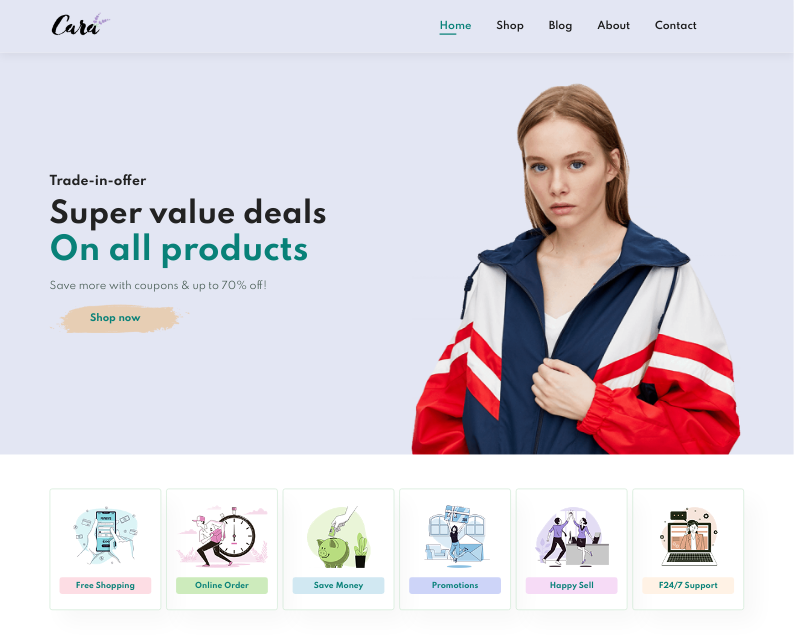
Repository: MinhNhatIT2901/Ecommerce
Page: index.html
These files come from the project's save history. The page is drawn as it stood at one moment and after the next save; the edit follows.
The browser window is 1280 px wide. The pictures show the whole page, at 62% of full size.
Some icons come from a web library that is not loaded, so they are not drawn. Some web libraries are served in a nearby version.

Above is the page before, as saved 2022-01-07 23:44:40.

After the next save:
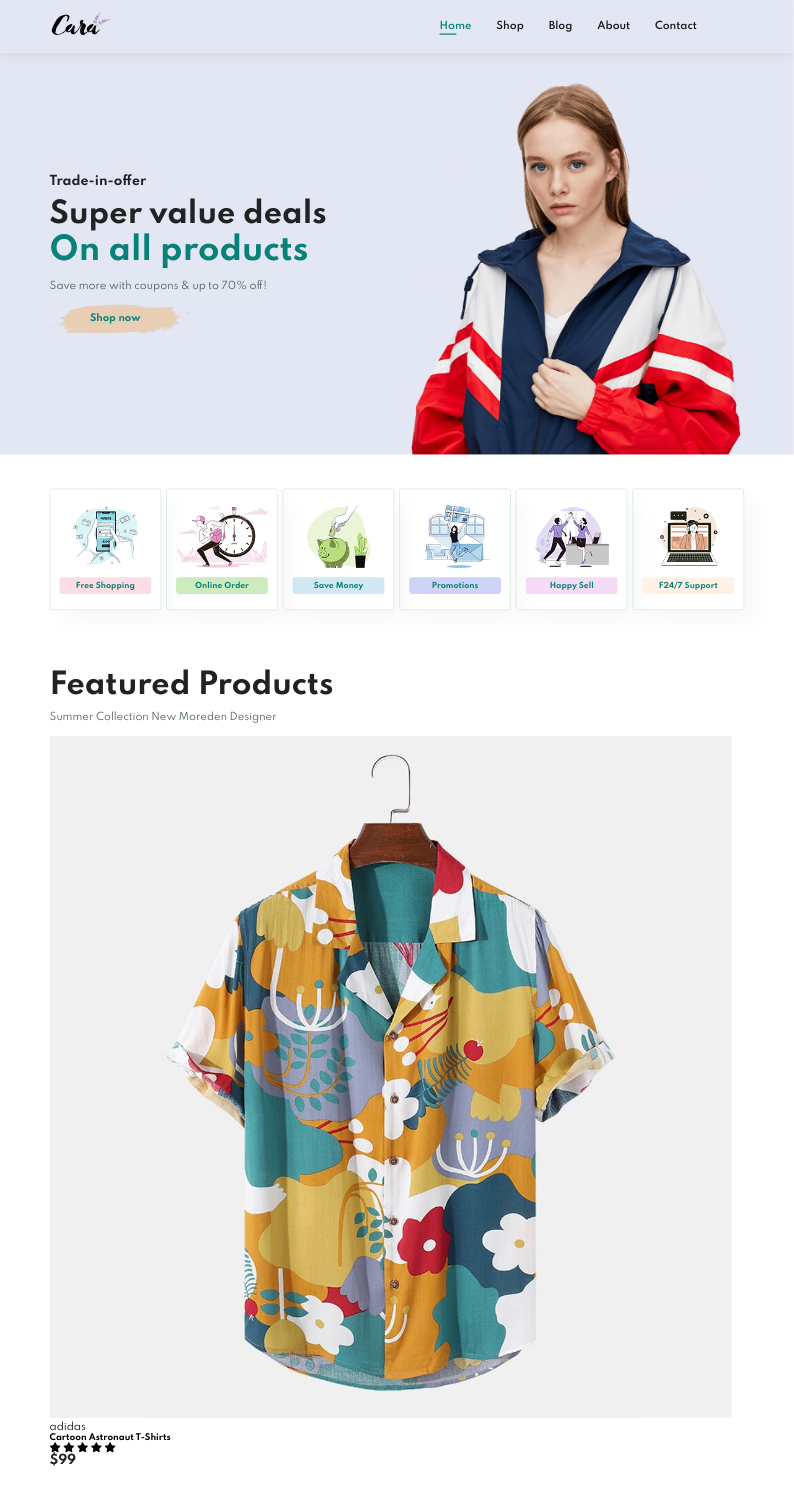
Saved 4 min 7 s later.
--- a/index.html
+++ b/index.html
@@ -60,6 +60,29 @@
             <h6>F24/7 Support</h6>
         </div>
     </section>
+
+    <section id="product1" class="section-p1">
+        <h2>Featured Products</h2>
+        <p>Summer Collection New Moreden Designer</p>
+        <div class="pro-container">
+            <div class="pro">
+                <img src="imgs/img/products/f1.jpg" alt="">
+                <div class="des">
+                    <span>adidas</span>
+                    <h5>Cartoon Astronaut T-Shirts</h5>
+                    <div class="star">
+                        <i class="fas fa-star"></i>
+                        <i class="fas fa-star"></i>
+                        <i class="fas fa-star"></i>
+                        <i class="fas fa-star"></i>
+                        <i class="fas fa-star"></i>
+                    </div>
+                    <h4>$99</h4>
+                </div>
+                <a href="#"><i class="fal fa-shopping"></i></a>
+            </div>
+        </div>
+    </section>
     <script src="style.js"></script>
 </body>
 </html>
